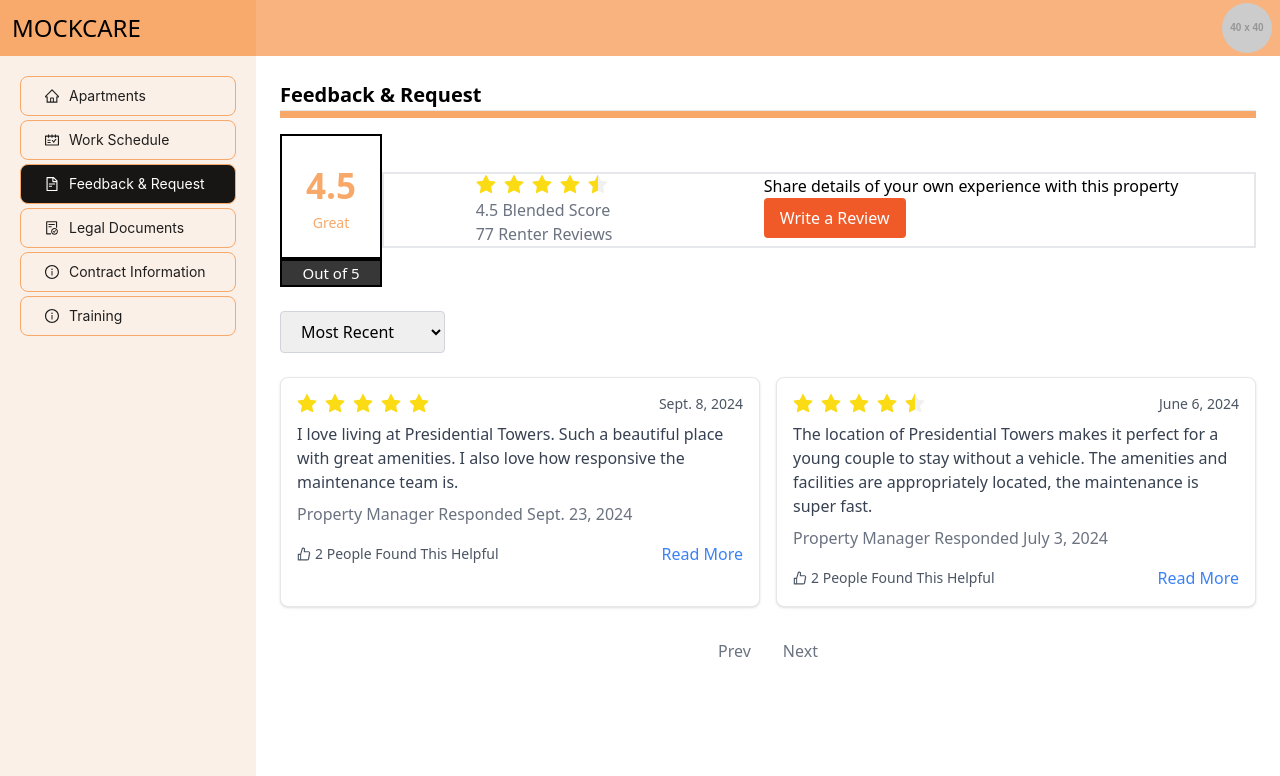
Repository: dunh-real/MockProject_102024_Nhom4
Page: / (app in frontend/)
The author's editor kept a copy of each file at every save. The page is drawn from the files as they stood at one save, then again after the next save.
The browser window is 1280 px wide. The pictures show the whole page.
The project was rebuilt for these pictures with package versions that can differ from the ones it lists, and the page was loaded fresh each time. Also part of the build but not shown: frontend/vite.config.js, frontend/vite.config.ts, frontend/src/App.css, frontend/src/component/ReviewModal.tsx.

Above is the page before, as saved 2024-10-09 13:16:03.

After the next save:
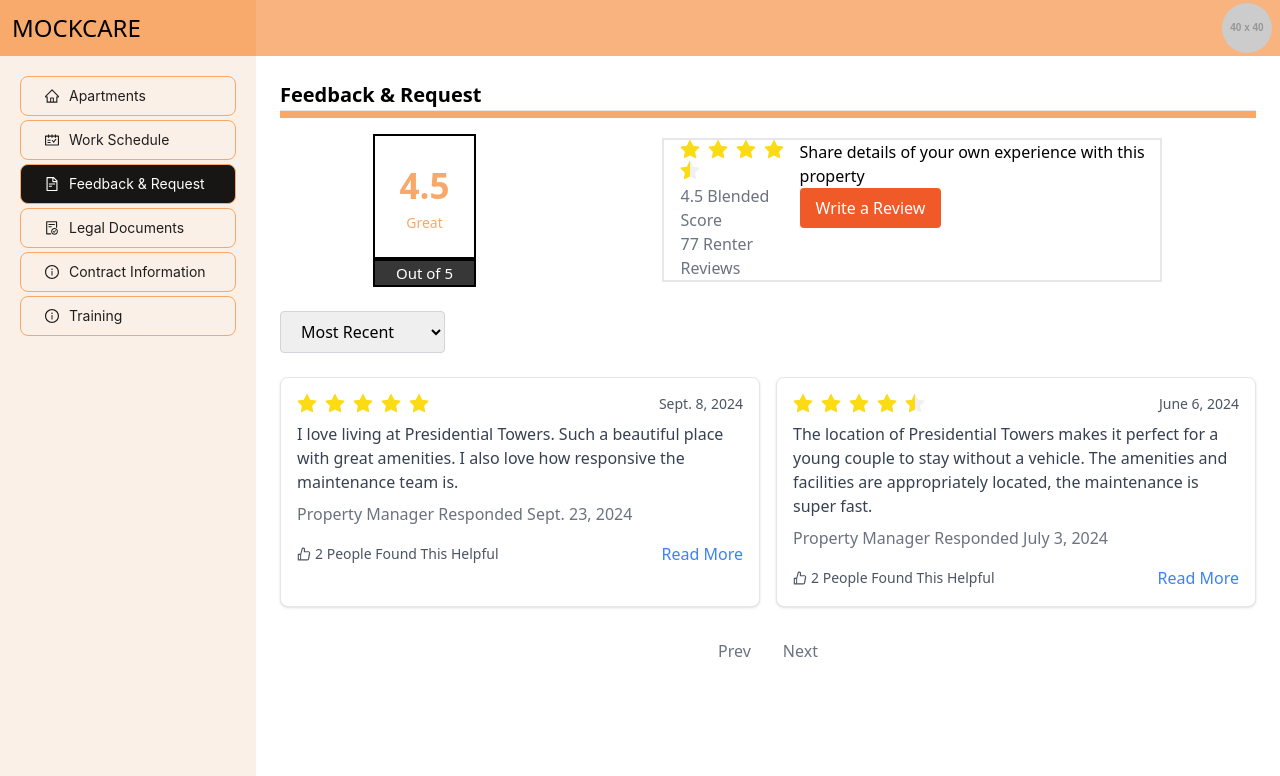
Saved 33 s later.
--- a/frontend/src/pages/Feedback&Request/Feedback&Request.tsx
+++ b/frontend/src/pages/Feedback&Request/Feedback&Request.tsx
@@ -75,7 +75,7 @@ const ReviewList: React.FC = () => {
                                 <p className='text-white p-1 text-[15px] text-center'>Out of 5</p>
                             </div>
                         </div>
-                        <div className='border-2 w-full  flex justify-around'>
+                        <div className='border-2 w-[500px]  flex justify-around'>
                             <div className="ml-4 ">
                                 <Rate allowHalf defaultValue={4.5} disabled />
                                 <div className="text-gray-500">4.5 Blended Score</div>
